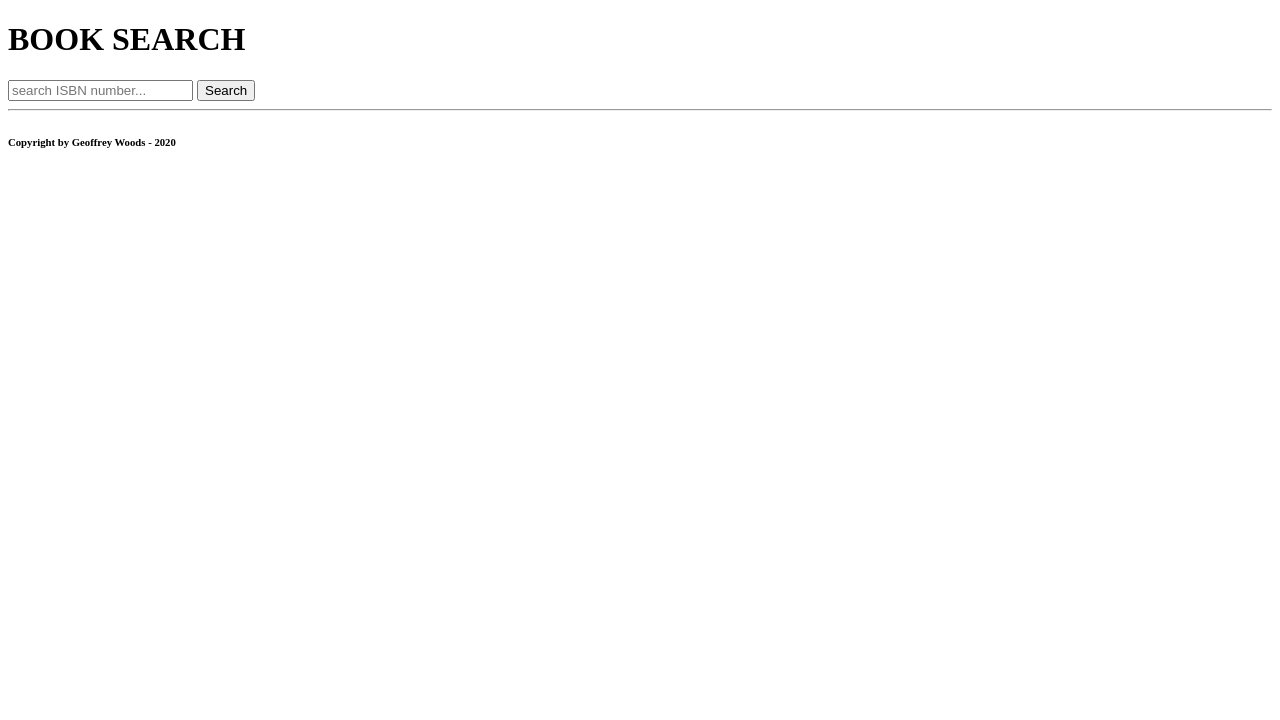
Repository: WoodsGeo442/cst336
Page: http://localhost/
The author's editor kept a record of every edit. The page is drawn from the files as they stood at one moment, then again after the next edit.
The browser window is 1280 px wide. The pictures show the whole page.
The page is served by the project's Node server (RequestApi/index.js).

Above is the page before.

After the next edit:
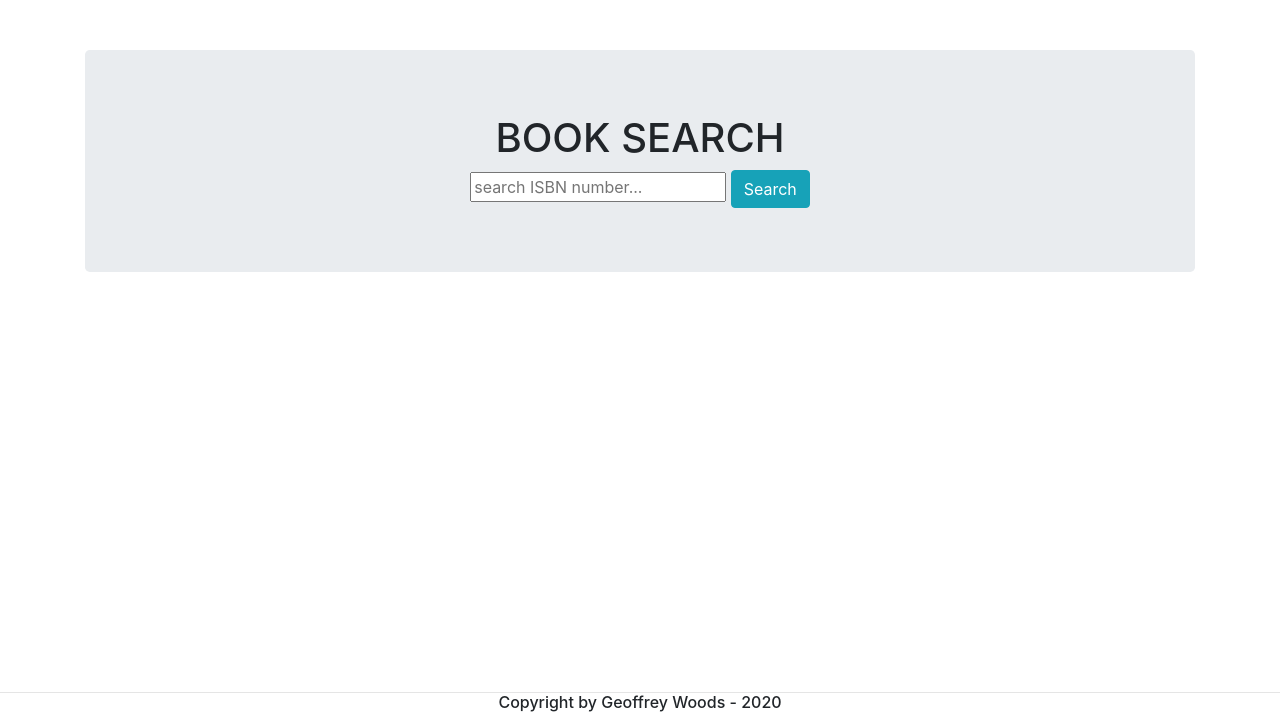
The edit:
--- a/RequestApi/views/templates/header.ejs
+++ b/RequestApi/views/templates/header.ejs
@@ -1,7 +1,10 @@
 <!DOCTYPE html>
 <html>
     <head>
-
+        <meta http-equiv='Content-Type' content='text/html; charset=utf-8'/>
+        <title>Request API</title>
+        <link rel="stylesheet" href="https://stackpath.bootstrapcdn.com/bootstrap/4.3.1/css/bootstrap.min.css" integrity="sha384-ggOyR0iXCbMQv3Xipma34MD+dH/1fQ784/j6cY/iJTQUOhcWr7x9JvoRxT2MZw1T" crossorigin="anonymous">
+        <link href="app.css" rel="stylesheet" type="text/css"/>
     </head>
     <body>
 
